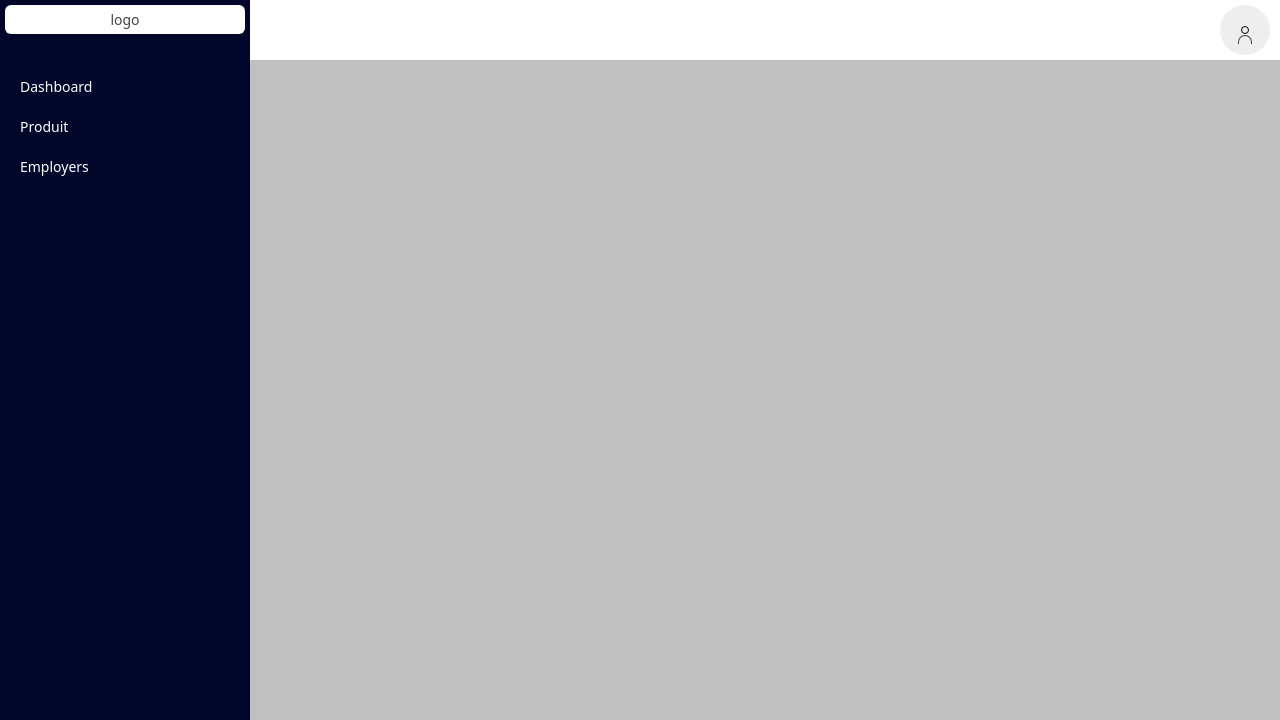
Repository: zpaulange/task_manager
Page: dashboard/index.html
An editor plug-in stored every save of this project. The page is shown before and after the next save, followed by the edit.
The browser window is 1280 px wide. The pictures show the whole page.

Above is the page before, as saved 2025-03-06 10:46:13.

### dashboard/index.html
<!DOCTYPE html>
<html lang="en">
<head>
    <meta charset="UTF-8">
    <meta name="viewport" content="width=device-width, initial-scale=1.0">
    <link rel="stylesheet" href="../assets/styles/dashboard/style.css">
    <title>Document</title>
</head>
<body>
  <section class="dashboard">
    <aside class="dashboard_left aside">
      <a href="#" class="aside_logo">logo</a>
      <ul class="aside_menu">
        <li class="aside_list"><a href="#">Dashboard</a></li>
        <li class="aside_list"><a href="#">Produit</a></li>
        <li class="aside_list"><a href="#">Employers</a></li>
      </ul>
    </aside>
    <div class="dashboard_right">
      <nav class="dashbaord_nav">
        <a href="#" class="dashbaord_nav_avatar">
          <span></span>
        </a>
      </nav>
      <main class="main">

      </main>
    </div>
  </section>

</body>
</html>

### assets/styles/dashboard/style.css
*{
  margin:0;
  padding:0;
  box-sizing: border-box;
  position:relative;
  font-family: system-ui, sans-serif;
  font-size: 14px;
  color:#434343;
}
body{
  overflow-x: hidden;
}
a{
  text-decoration: none;
}
a:active, a:hover{
  color:#434343;
}
img{
  width: 100%;
  height: auto;
}
ul li{
  list-style: none;
}

.dashboard{
  min-height: 100vh;
  background-color: silver;
}
.aside{
  width:250px;
  background-color: #02062b;
  height: 100vh;
  position: fixed;
  top:0;
  left:0;
  z-index: 10;
}
.aside_logo{
  display: block;
  text-align: center;
  padding:5px;
  background-color: #fff;
  margin:5px;
  border-radius:6px;
}
.aside_menu{
  margin-top: 35px;
}
.aside_list{
  margin-bottom: 5px;
  margin-left:10px;
  margin-right:10px;
}
.aside_list a{
  display: block;
  color:#fff;
  padding:8px 10px;
  transition:.2s;
  border-radius: 8px;
}
.aside_list a:hover{
  background-color: #0000004f;
}
.dashboard_right{
  padding-left: 250px;
  min-height: 100vh;
}
.dashbaord_nav{
  background-color: #fff;
  padding:5px 10px;
  display: flex;
  align-items:center;
  justify-content: flex-end;
  z-index: 1000;
}
.dashbaord_nav_avatar{
  display: flex;
  align-items: center;
  justify-content: center;
  height:50px;
  width: 50px;
  border-radius:50%;
  background-color: #eee;

}
.dashbaord_nav_avatar span{
  display: inline-block;
  height: 8px;
  width: 8px;
  border-radius:50%;
  border:1px solid #000
}
.dashbaord_nav_avatar span:before{
  content:'';
  position: absolute;
  height: 8px;
  width: 12px;
  border:1px solid;
  left:50%;
  transform: translateX(-50%);
  top:8px;
  border-bottom: none;
  border-top-left-radius: 10px;
  border-top-right-radius: 10px;
}

After the next save:
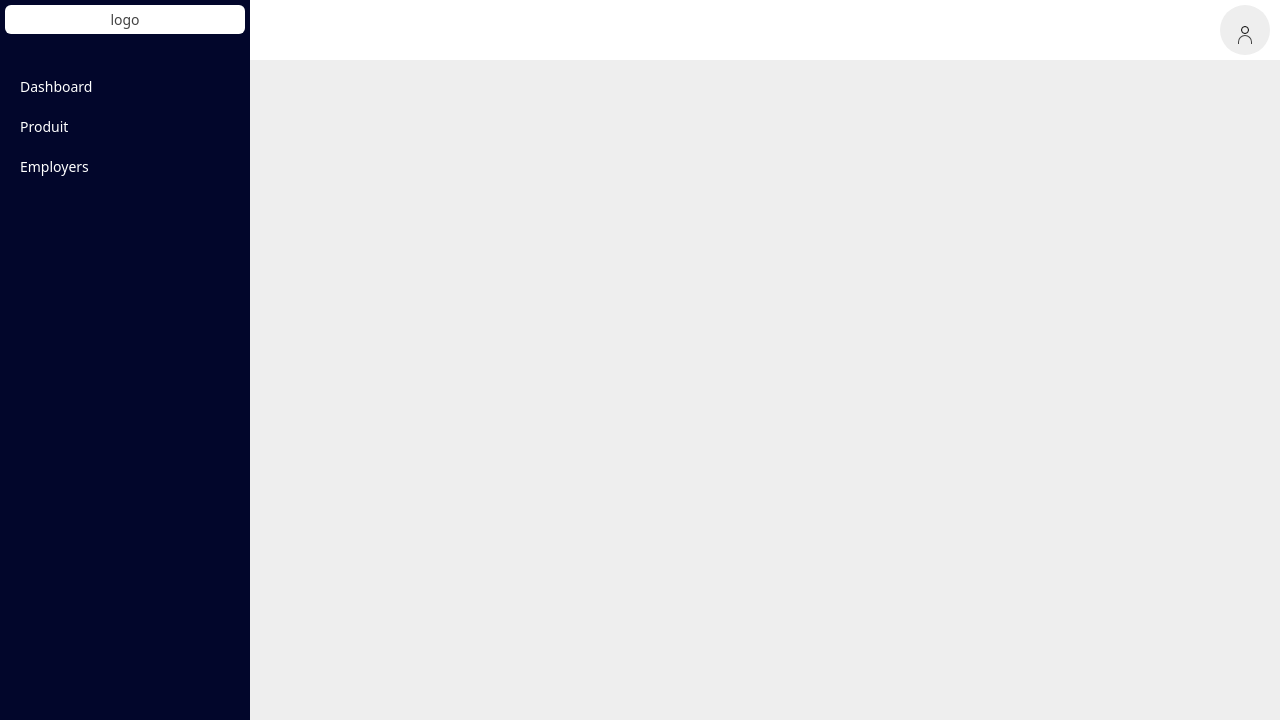
Saved 25 s later.
--- a/assets/styles/dashboard/style.css
+++ b/assets/styles/dashboard/style.css
@@ -26,7 +26,7 @@ ul li{
 
 .dashboard{
   min-height: 100vh;
-  background-color: silver;
+  background-color: #eee;
 }
 .aside{
   width:250px;
